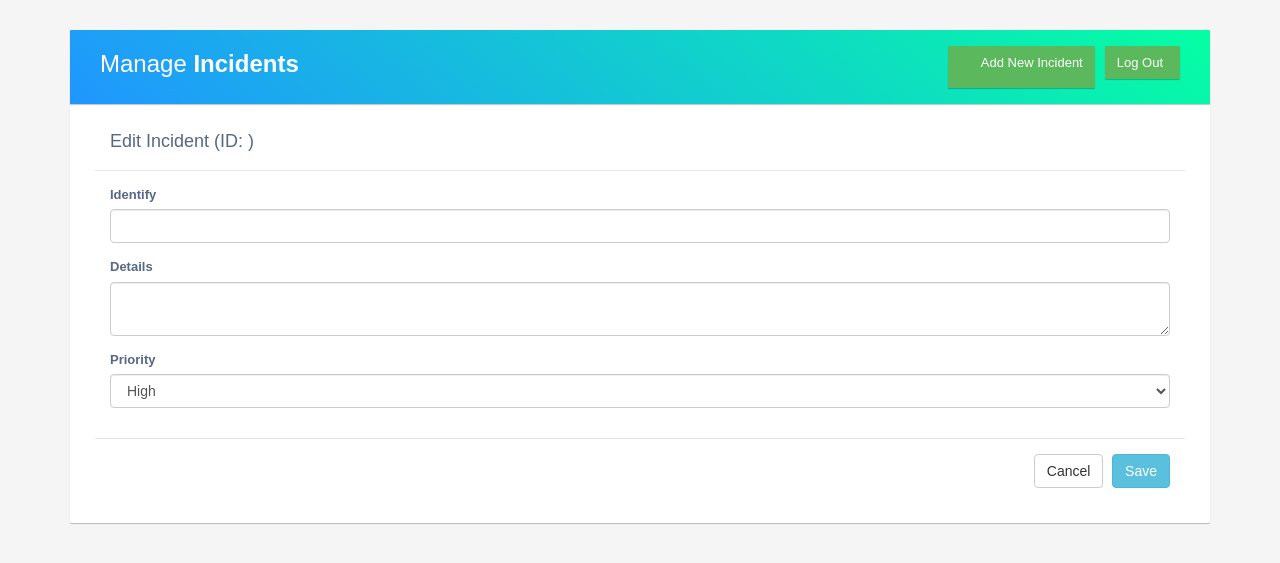
Repository: me-rohit-harsh/incident-management-system
Page: http://localhost/incedentList
These files come from the project's save history. The page is drawn as it stood at one moment and after the next save; the edit follows.
The browser window is 1280 px wide. The pictures show the whole page.
Some web fonts or font styles are not loaded; a fallback is used. The page is this project's Thymeleaf template; nobody is signed in. The template is opened directly, without the code that normally fills it, so the values that code supplies are empty.

Above is the page before, as saved 2024-05-05 08:42:02.

After the next save:
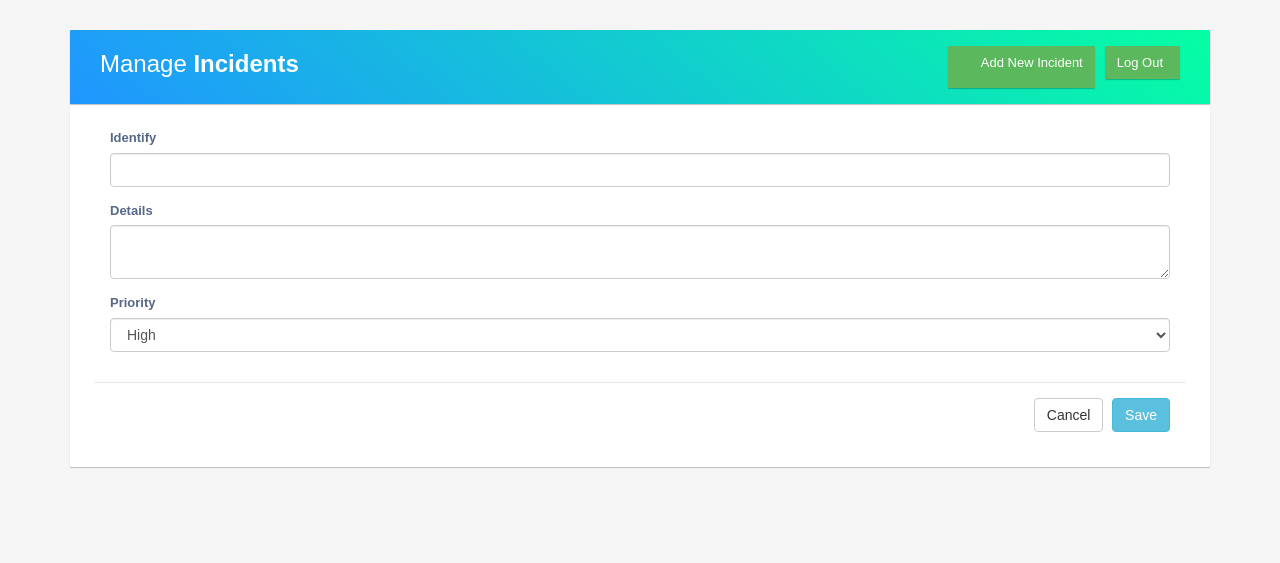
Saved 32 s later.
--- a/incident/src/main/resources/templates/incedentList.html
+++ b/incident/src/main/resources/templates/incedentList.html
@@ -55,11 +55,11 @@
 
 			<form th:action="@{/editIncident}" th:object="${incident}"
 				method="post">
-				<div class="modal-header">
+				<!-- <div class="modal-header">
 					<h4 class="modal-title">
-						Edit Incident (ID: <b ></b>)
+
 					</h4>
-				</div>
+				</div> -->
 				<div class="modal-body">
 					<input type="hidden" name="id" />
 					<div class="form-group">
